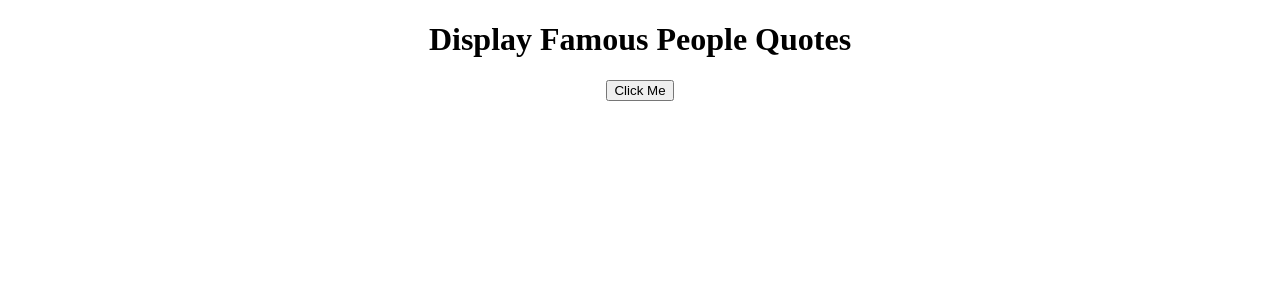
Repository: NiutaR/quotes-dom
Page: index.html
These files come from the project's save history. The page is drawn as it stood at one moment and after the next save; the edit follows.
The browser window is 1280 px wide. The pictures show the whole page.
After loading, the first visible `#btnId` was clicked once.

Above is the page before, as saved 2021-07-20 19:31:09.
Console error: ReferenceError: quote is not defined

### index.html
<!DOCTYPE html>
<html lang="en">

<head>
    <meta charset="UTF-8">
    <meta http-equiv="X-UA-Compatible" content="IE=edge">
    <meta name="viewport" content="width=device-width, initial-scale=1.0">
    <title> Display Famous People Quotes</title>
</head>

<body>
    <div id="container">
        <h1>Display Famous People Quotes</h1>
        <button id="btnId">Click Me</button>
    </div>
    <blockquote>
        <p id="quotation"></p>
        <p id="author"></p>
    </blockquote>
    <script src="index.js"></script>
</body>

</html>

### index.js
//document.getElementById('container').style.position = 'absolute';


const divEl = document.getElementById('container');
divEl.style.textAlign = 'center';


// List author and quotes as an array of obj

let list = [
    {
        'author' : 'Oscar Wilde',
        'quote' : '“Be yourself; everyone else is already taken.”'
    },
    {
        'author' : 'Albert Einstein',
        'quote' : '“Two things are infinite: the universe and human stupidity; and I am not sure about the universe.”'
    },
    {
        'author' : 'Frank Zappa',
        'quote' : '“So many books, so little time.”'
    },
    {
        'author' : 'Marcus Tullius Cicero',
        'quote' : '“A room without books is like a body without a soul.”'
    },
    {
        'author' : 'Mae West',
        'quote' : '“You only live once, but if you do it right, once is enough.”'
    },
    {
        'author' : 'Mahatma Gandhi',
        'quote' : '“Be the change that you wish to see in the world.”'
    }
];

let button = document.getElementById('btnId');



/*button.addEventListener('click', function(e) {
    /*let content = e.target.innerHTML;
    currentAuthor = list.findIndex(el => el.author === content);
    let currentQuote = list[currentAuthor].author;
    for (let i = 0; list[i].author == currentQuote; i--) {
        return list[i].author;
    }
    //console.log(list[1]);
    for(i = 0; i < list.length; i++) {
        //console.log(list);
        //return list.forEach(element => console.log(element));
        //let showQuotes =
        //return list.forEach(element => console.log(element));
        return list.forEach(element);
    }

});*/

function randomQuote() {
    let random = list[Math.floor(Math.random() * quote.length)];
    quotation.innerText = `“${random.quote}.”`;
    author.innerText = random.author;
}
document.querySelector("button").addEventListener('click', randomQuote);

After the next save:
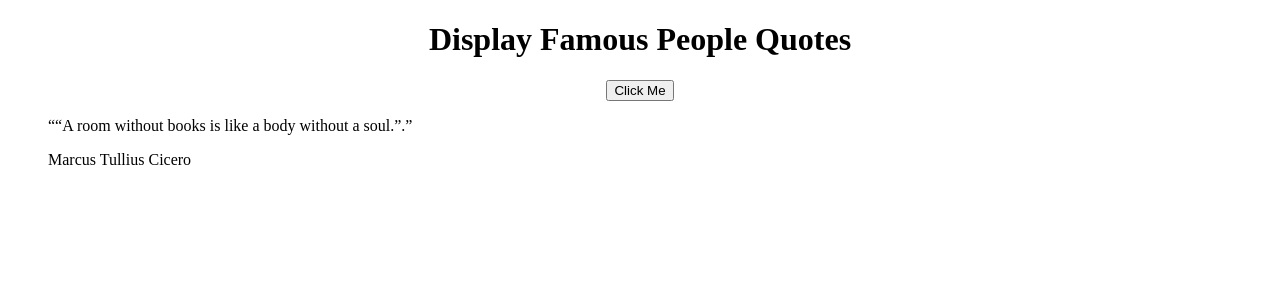
The error is gone.
Saved 6 s later.
--- a/index.js
+++ b/index.js
@@ -57,7 +57,7 @@ let button = document.getElementById('btnId');
 });*/
 
 function randomQuote() {
-    let random = list[Math.floor(Math.random() * quote.length)];
+    let random = list[Math.floor(Math.random() * list.length)];
     quotation.innerText = `“${random.quote}.”`;
     author.innerText = random.author;
 }
